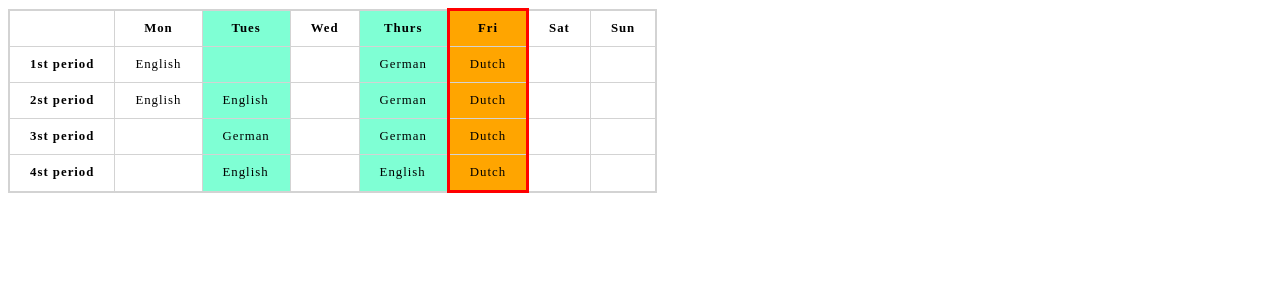
Repository: lidwan/dotfiles
Page: tmp/smthn.html
The author's editor kept a copy of each file at every save. The page is drawn from the files as they stood at one save, then again after the next save.
The browser window is 1280 px wide. The pictures show the whole page.

Above is the page before, as saved 2024-08-18 11:34:07.

### tmp/smthn.html
<!DOCTYPE html>
<html lang="en">
<head>
    <meta charset="UTF-8">
    <meta name="viewport" content="width=device-width, initial-scale=1.0">
    <title>School timetable</title>
    <link rel="stylesheet" href="styles.css">
</head>
<body>
    <table>
        <colgroup>
            <col>
            <col>
            <col style="background-color: aquamarine;">
            <col>
            <col style="background-color: aquamarine;">
            <col style="background-color: orange; border: 3px solid red;">
            <col>
            <col>
        </colgroup>
        <thead>
            <tr>
                <th> </th>
                <th>Mon</th>
                <th>Tues</th>
                <th>Wed</th>
                <th>Thurs</th>
                <th>Fri</th>
                <th>Sat</th>
                <th>Sun</th>
            </tr>
        </thead>
        <tbody>
            <tr>
                <th>1st period</th>
                <td>English</td>
                <td></td>
                <td></td>
                <td>German</td>
                <td>Dutch</td>
                <td></td>
                <td></td>
            </tr>
            <tr>
                <th>2st period</th>
                <td>English</td>
                <td>English</td>
                <td></td>
                <td>German</td>
                <td>Dutch</td>
                <td></td>
                <td></td>
            </tr>
            <tr>
                <th>3st period</th>
                <td></td>
                <td>German</td>
                <td></td>
                <td>German</td>
                <td>Dutch</td>
                <td></td>
                <td></td>
            </tr>
            <tr>
                <th>4st period</th>
                <td></td>
                <td>English</td>
                <td></td>
                <td>English</td>
                <td>Dutch</td>
                <td></td>
                <td></td>
            </tr>
        </tbody>
    </table>
</body>
</html>

### tmp/styles.css
th,
td {
    border: 1px solid lightgray;
    padding: 10px 20px;
}
table {
    border-collapse: collapse;
    border: 2px solid lightgray;
    font-size: 0.8rem;
    letter-spacing: 1px;
}

After the next save:
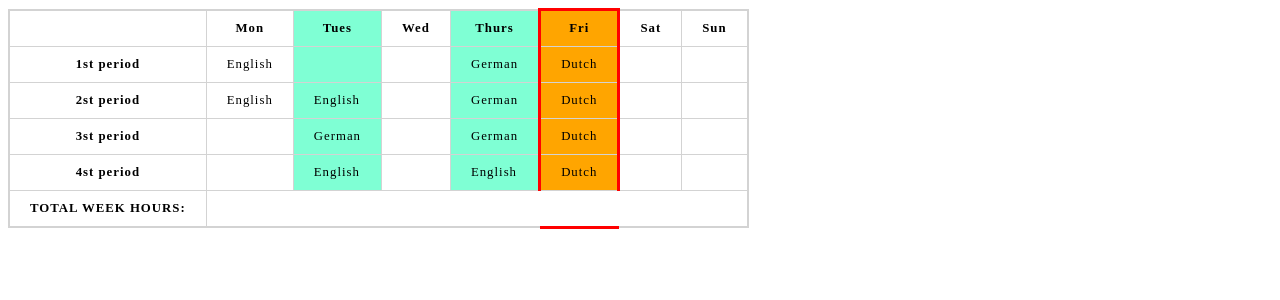
Saved 118 s later.
--- a/tmp/smthn.html
+++ b/tmp/smthn.html
@@ -30,6 +30,12 @@
                 <th>Sun</th>
             </tr>
         </thead>
+        <tfoot>
+            <tr>
+                <th>TOTAL WEEK HOURS:</th>
+                <td colspan="7"></td>
+            </tr>
+        </tfoot>
         <tbody>
             <tr>
                 <th>1st period</th>
@@ -72,6 +78,7 @@
                 <td></td>
             </tr>
         </tbody>
+
     </table>
 </body>
 </html>
